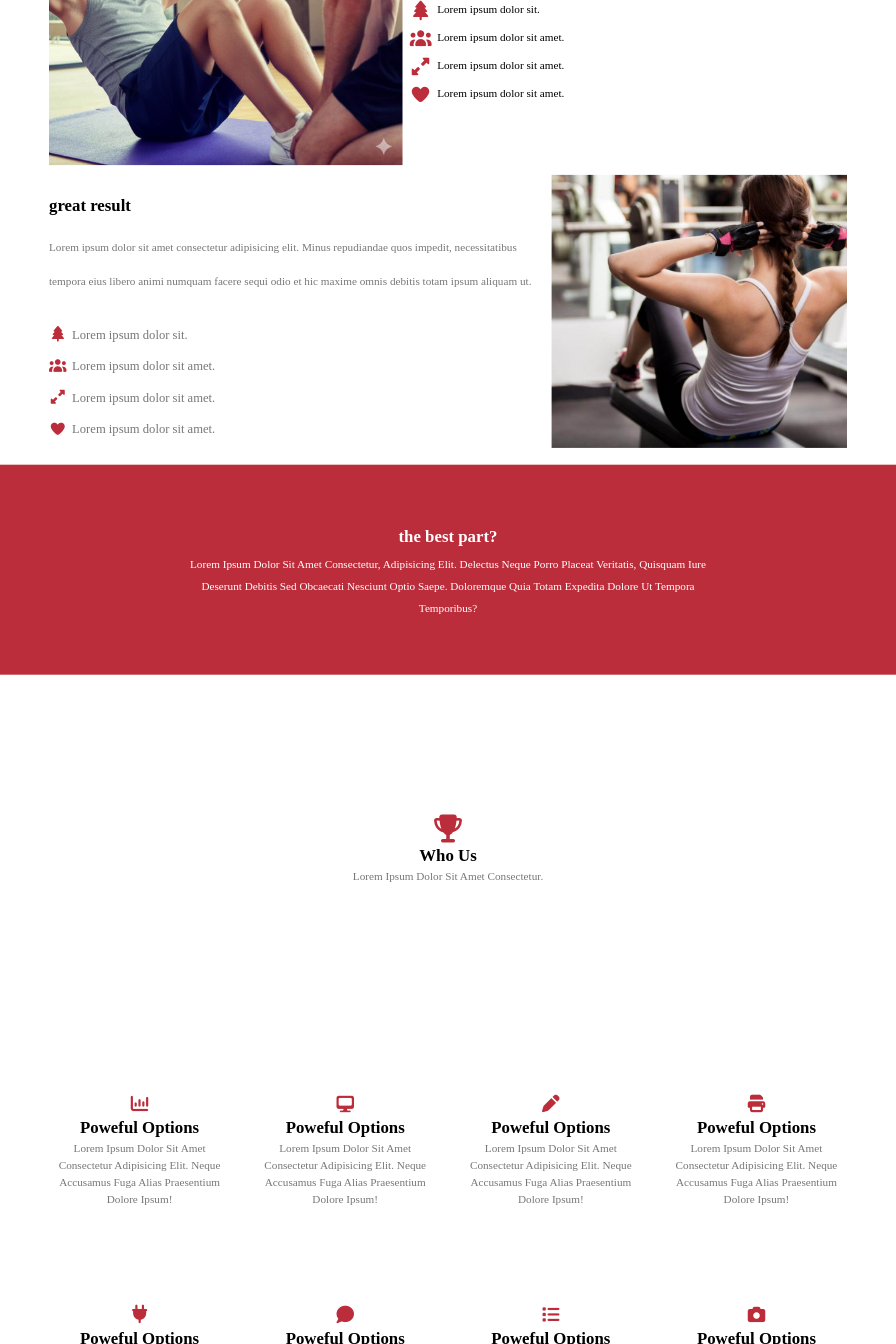
Repository: mohamedelbahrawy804-crypto/Nti-Task-fitness
Page: index.html
The author's editor kept a copy of each file at every save. The page is drawn from the files as they stood at one save, then again after a run of saves.
The browser window is 1280 px wide. The pictures show the part of the page from y = 1477 to 3397 px (the page is 5889 px tall before and 5966 px after), at 70% of full size.

Above is the page before, as saved 2025-12-01 19:20:46.

### index.html
<!DOCTYPE html>
<html lang="en">
  <head>
    <meta charset="UTF-8" />
    <meta name="viewport" content="width=device-width, initial-scale=1.0" />
    <!-- font awesome library -->
    <link rel="stylesheet" href="css/all.css" />
    <link rel="stylesheet" href="css/style.css" />
    <title>Nti-Task | fitness</title>
  </head>
  <body>
    <header id="home">
      <div class="content">
        <div class="logo">
          <a href="index.html"
            ><img src="images/fitness-light.png" alt="logo fitness"
          /></a>
        </div>
        <nav>
          <ul>
            <li>
              <a href="#home">home</a>
            </li>
            <li><a href="#">about</a></li>
            <li><a href="#">classes</a></li>
            <li><a href="#">membership</a></li>
            <li><a href="#">blog</a></li>
            <li><a href="#">contact</a></li>
          </ul>
          <button>join</button>
        </nav>
      </div>
      <div class="text">
        <h1>fitness studio</h1>
        <p>
          Lorem ipsum dolor sit amet consectetur adipisicing elit. Voluptas
          asperiores inventore repellat deleniti, reprehenderit molestias!
        </p>
        <div class="more-details">
          <span><a href="#">learn more</a></span>
          <span><a href="#">our trainer</a></span>
        </div>
      </div>
    </header>
    <!-- start main  -->
    <main>
      <!-- start our skills section -->
      <section class="our-skills container">
        <div>
          <i class="fa-solid fa-users"></i>
          <h2>professional staff</h2>
          <p>
            Lorem ipsum, dolor sit amet consectetur adipisicing elit. Beatae
            facere soluta, tenetur eveniet architecto nesciunt sunt ea excepturi
          </p>
        </div>
        <div>
          <i class="fa-solid fa-map"></i>
          <h2>professional staff</h2>
          <p>
            Lorem ipsum, dolor sit amet consectetur adipisicing elit. Beatae
            facere soluta, tenetur eveniet architecto nesciunt sunt ea excepturi
          </p>
        </div>
        <div>
          <i class="fa-solid fa-network-wired"></i>
          <h2>professional staff</h2>
          <p>
            Lorem ipsum, dolor sit amet consectetur adipisicing elit. Beatae
            facere soluta, tenetur eveniet architecto nesciunt sunt ea excepturi
          </p>
        </div>
        <div>
          <i class="fa-solid fa-thumbs-up"></i>
          <h2>professional staff</h2>
          <p>
            Lorem ipsum, dolor sit amet consectetur adipisicing elit. Beatae
            facere soluta, tenetur eveniet architecto nesciunt sunt ea excepturi
          </p>
        </div>
      </section>
      <!-- start who we are section -->
      <section class="about-ours container">
        <div class="image">
          <img
            src="images/square-1.png"
            alt="A woman is training with A man"
          />
        </div>
        <div class="text">
          <h2>who we are?</h2>
          <p>
            Lorem ipsum dolor sit amet consectetur adipisicing elit. Suscipit
            dicta ex iusto quasi corporis pariatur, nobis necessitatibus rerum
            laudantium a vel, veniam quaerat velit exercitationem, saepe
            aliquam! At, tenetur quos?
          </p>
          <ul>
            <li>
              <i class="fa-solid fa-tree"></i>
              <p>Lorem ipsum dolor sit.</p>
            </li>
            <li>
              <i class="fa-solid fa-users"></i>
              <p>Lorem ipsum dolor sit amet.</p>
            </li>
            <li>
              <i class="fa-solid fa-up-right-and-down-left-from-center"></i>
              <p>Lorem ipsum dolor sit amet.</p>
            </li>
            <li>
              <i class="fa-solid fa-heart"></i>
              <p>Lorem ipsum dolor sit amet.</p>
            </li>
          </ul>
        </div>
      </section>
      <!-- end who we are section  -->
      <!-- start great result section -->
      <section class="great-results container">
        <div class="text">
          <h2>great result</h2>
          <p>
            Lorem ipsum dolor sit amet consectetur adipisicing elit. Minus
            repudiandae quos impedit, necessitatibus tempora eius libero animi
            numquam facere sequi odio et hic maxime omnis debitis totam ipsum
            aliquam ut.
          </p>
          <ul>
            <li>
              <i class="fa-solid fa-tree"></i>
              <p>Lorem ipsum dolor sit.</p>
            </li>
            <li>
              <i class="fa-solid fa-users"></i>
              <p>Lorem ipsum dolor sit amet.</p>
            </li>
            <li>
              <i class="fa-solid fa-up-right-and-down-left-from-center"></i>
              <p>Lorem ipsum dolor sit amet.</p>
            </li>
            <li>
              <i class="fa-solid fa-heart"></i>
              <p>Lorem ipsum dolor sit amet.</p>
            </li>
          </ul>
        </div>
        <div class="image">
          <img
            src="images/square-11-800x740.jpg"
            alt="A woman is traning for her sixbax"
            aria-label="A photo for A woman is traning for her sixbax"
          />
        </div>
      </section>
      <!-- end great result section -->
      <!-- start the best part section -->
      <section class="best-part container">
        <h2>the best part?</h2>
        <p>
          Lorem ipsum dolor sit amet consectetur, adipisicing elit. Delectus
          neque porro placeat veritatis, quisquam iure deserunt debitis sed
          obcaecati nesciunt optio saepe. Doloremque quia totam expedita dolore
          ut tempora temporibus?
        </p>
      </section>
      <!-- end the best part section -->
      <!-- start who us section -->
      <section class="who-us container">
        <div class="main-div">
          <i class="fa-solid fa-trophy"></i>
          <h2>who us</h2>
          <p>Lorem ipsum dolor sit amet consectetur.</p>
        </div>
        <div class="content">
          <div>
            <i class="fa-solid fa-chart-column"></i>
            <h2>poweful options</h2>
            <p>
              Lorem ipsum dolor sit amet consectetur adipisicing elit. Neque
              accusamus fuga alias praesentium dolore ipsum!
            </p>
          </div>
          <div>
            <i class="fa-solid fa-desktop"></i>
            <h2>poweful options</h2>
            <p>
              Lorem ipsum dolor sit amet consectetur adipisicing elit. Neque
              accusamus fuga alias praesentium dolore ipsum!
            </p>
          </div>
          <div>
            <i class="fa-solid fa-pen"></i>
            <h2>poweful options</h2>
            <p>
              Lorem ipsum dolor sit amet consectetur adipisicing elit. Neque
              accusamus fuga alias praesentium dolore ipsum!
            </p>
          </div>
          <div>
            <i class="fa-solid fa-print"></i>
            <h2>poweful options</h2>
            <p>
              Lorem ipsum dolor sit amet consectetur adipisicing elit. Neque
              accusamus fuga alias praesentium dolore ipsum!
            </p>
          </div>
          <div>
            <i class="fa-solid fa-plug"></i>
            <h2>poweful options</h2>
            <p>
              Lorem ipsum dolor sit amet consectetur adipisicing elit. Neque
              accusamus fuga alias praesentium dolore ipsum!
            </p>
          </div>
          <div>
            <i class="fa-solid fa-comment"></i>
            <h2>poweful options</h2>
            <p>
              Lorem ipsum dolor sit amet consectetur adipisicing elit. Neque
              accusamus fuga alias praesentium dolore ipsum!
            </p>
          </div>
          <div>
            <i class="fa-solid fa-list"></i>
            <h2>poweful options</h2>
            <p>
              Lorem ipsum dolor sit amet consectetur adipisicing elit. Neque
              accusamus fuga alias praesentium dolore ipsum!
            </p>
          </div>
          <div>
            <i class="fa-solid fa-camera"></i>
            <h2>poweful options</h2>
            <p>
              Lorem ipsum dolor sit amet consectetur adipisicing elit. Neque
              accusamus fuga alias praesentium dolore ipsum!
            </p>
          </div>
        </div>
        <div class="message">
          <i class="fa-solid fa-message"></i>
          <h2>testimonials</h2>
          <p>Lorem ipsum dolor sit.</p>
        </div>
        <div class="for-more">
          <div>
            <p>
              Lorem ipsum dolor sit amet consectetur, adipisicing elit. Facilis
              eligendi totam fugiat dolor magni necessitatibus voluptatum,
              aspernatur odit rem, possimus suscipit pariatur. Aperiam
              consequuntur debitis, nisi illum corporis eius deleniti.
            </p>
            <span>michael moore</span>
            <span>google</span>
          </div>
          <div>
            <p>
              Lorem ipsum dolor sit amet consectetur, adipisicing elit. Facilis
              eligendi totam fugiat dolor magni necessitatibus voluptatum,
              aspernatur odit rem, possimus suscipit pariatur. Aperiam
              consequuntur debitis, nisi illum corporis eius deleniti.
            </p>
            <span>michael moore</span>
            <span>google</span>
          </div>
          <div>
            <p>
              Lorem ipsum dolor sit amet consectetur, adipisicing elit. Facilis
              eligendi totam fugiat dolor magni necessitatibus voluptatum,
              aspernatur odit rem, possimus suscipit pariatur. Aperiam
              consequuntur debitis, nisi illum corporis eius deleniti.
            </p>
            <span>michael moore</span>
            <span>google</span>
          </div>
        </div>
      </section>
      <!-- end who us section -->
      <!-- strat feeling convinced section -->
      <section class="felling container">
        <h2>felling convinced?</h2>
        <p>join our gym and save up to <span>30%</span></p>
        <a href="form.html">fill the form</a>
      </section>
      <!-- end feeling convinced section -->
      <!-- start about us section -->
      <section class="about-us container">
        <div>
          <h2>about us</h2>
          <p>
            I Am Text Block. Click Edit Button To Change This Text. Lorem Ipsum
            Dolor Sit Amet, Consectetur. I Am Text Block. Click Edit Button To
            Change This Text. Lorem Ipsum Dolor Sit Amet, Consectetur. We Are
            The Champions! We Are The Most Amazing Theme Of All Time, Yeah.
          </p>
        </div>
        <div>
          <h2>why we are special</h2>
          <ul>
            <li>
              <i class="fa-solid fa-star"></i>
              <p>We use high-quality ingredients</p>
            </li>
            <li>
              <i class="fa-solid fa-truck-fast"></i>
              <p>Fast and reliable delivery</p>
            </li>
            <li>
              <i class="fa-solid fa-user-tie"></i>
              <p>Professional and friendly staff</p>
            </li>
            <li>
              <i class="fa-solid fa-utensils"></i>
              <p>Delicious and fresh meals</p>
            </li>
            <li>
              <i class="fa-solid fa-thumbs-up"></i>
              <p>Customer satisfaction guaranteed</p>
            </li>
          </ul>
        </div>
        <div>
          <h2>Contact Us</h2>
          <ul>
            <li>
              <i class="fa-solid fa-location-dot"></i>
              <p>123 Main Street, City</p>
            </li>
            <li>
              <i class="fa-solid fa-phone"></i>
              <p>+1 234 567 890</p>
            </li>
            <li>
              <i class="fa-solid fa-envelope"></i>
              <p>info@example.com</p>
            </li>
            <li>
              <i class="fa-brands fa-facebook"></i>
              <p>Facebook</p>
            </li>
            <li>
              <i class="fa-brands fa-instagram"></i>
              <p>Instagram</p>
            </li>
          </ul>
        </div>
        <div>
          <h2>Opening Hours</h2>
          <ul>
            <li>
              <i class="fa-solid fa-clock"></i>
              <p>Mon - Fri: 9:00 AM - 10:00 PM</p>
            </li>
            <li>
              <i class="fa-solid fa-clock"></i>
              <p>Sat: 10:00 AM - 11:00 PM</p>
            </li>
            <li>
              <i class="fa-solid fa-clock"></i>
              <p>Sun: Closed</p>
            </li>
          </ul>
        </div>
      </section>
      <!-- end about us section -->
    </main>
    <!-- end main -->
    <!-- start footer -->
    <footer class="container">
      <div class="image">
        <a href="#home">
          <img src="images/logo-light.png" alt="company logo" />
        </a>
      </div>
      <p>&copy; copyright 2017.all rights reserved</p>
      <ul>
        <li>
          <a
            aria-label="Visit our Facebook page"
            rel="noopener"
            target="_blank"
            href="https://facebook.com"
          >
            ><i class="fa-brands fa-facebook-f"></i
          ></a>
        </li>
        <li>
          <a
            aria-label="Visit our x page"
            rel="noopener"
            target="_blank"
            href="https://www.x.com"
          >
            ><i class="fa-brands fa-twitter"></i
          ></a>
        </li>
        <li>
          <a
            aria-label="Visit our linkdin page"
            rel="noopener"
            href="httpl://www.linkdin.com"
          >
            <i class="fa-brands fa-linkedin-in"></i>
          </a>
        </li>
        <li>
          <a
            href="https://www.google.com"
            aria-label="Visit our x page"
            rel="noopener"
            ><i class="fa-brands fa-google"></i
          ></a>
        </li>
      </ul>
    </footer>
    <!-- end footer -->
  </body>
</html>

### css/style.css
* {
  padding: 0;
  margin: 0;
  list-style: none;
  text-decoration: none;
  box-sizing: border-box;
}
html {
  scroll-behavior: smooth;
}
a {
  color: #fff;
}

:root {
  --main-color: #bb2d3b;
  --main-margin-top: 100px;
}

.container {
  padding-left: 15px;
  padding-right: 15px;
  margin-left: auto;
  margin-right: auto;
}

@media (min-width: 1100px) {
  .container {
    width: 1100px;
  }
}

@media (min-width: 1200px) {
  .container {
    width: 1170px;
  }
}

@media (min-width: 1500px) {
  .container {
    width: 1500px;
  }
}

/* start header and landing page */
header {
  height: 100vh;
  background-image: linear-gradient(
      to left,
      rgba(255, 255, 255, 0),
      rgba(0, 0, 0, 0.753)
    ),
    url(../images/landingsection.png);
  background-size: cover;
}

header .content {
  display: flex;
  justify-content: space-between;
  align-items: center;
  padding: 0 10px;
}

header .content nav {
  display: flex;
  align-items: center;
}

header .content nav ul {
  display: flex;
}

header .content nav ul li {
  padding: 10px;
  margin-right: 10px;
  border-radius: 10px;
  transition: 0.5s;
}

header .content nav ul li a {
  color: #fff;
  text-transform: capitalize;
  font-size: 20px;
}

header .content nav ul li:hover {
  background-color: rgba(39, 39, 250, 0.748);
  cursor: pointer;
}

header .content nav button {
  margin-left: 100px;
  color: #000;
  padding: 10px;
  border: none;
  border-radius: 15px;
  outline: none;
  background-color: #ffffff39;
  font-size: 20px;
  font-weight: bold;
  text-transform: capitalize;
  transition: 0.5s;
}

header .content nav button:hover {
  cursor: pointer;
  background-color: #fff;
}

/* text in landing page */
header .text {
  height: calc(100% - 99px);
  display: flex;
  flex-direction: column;
  align-items: center;
  justify-content: center;
  line-height: 1.5;
  color: #fff;
}

header .text h1 {
  font-size: 80px;
}

header .text p {
  width: 700px;
  text-align: center;
  text-transform: capitalize;
  font-size: 20px;
}

header .more-details {
  margin-top: 20px;
}

header .more-details span {
  margin-left: 20px;
  padding: 10px 20px;
  border: 1px solid #fff;
  border-radius: 10px;
  transition: 0.5s;
  text-align: center;
}

header .more-details span a {
  color: #fff;
  font-size: 20px;
  font-weight: bold;
}

header .more-details span:hover {
  background-color: var(--main-color);
  border-color: transparent;
}
/* end header and landing page */
/* start our skills section */
.our-skills {
  margin-top: var(--main-margin-top);
  display: flex;
  justify-content: space-around;
  text-align: center;
  flex-wrap: wrap;
  line-height: 1.5;
}

.our-skills div {
  width: 350px;
}

.our-skills div i {
  font-size: 50px;
  color: var(--main-color);
}

.our-skills div h4 {
  font-size: 20px;
  letter-spacing: 1px;
}

.our-skills div p {
  color: #777;
  transition: 0.5s;
}

.our-skills div:hover p {
  color: black;
}

/* end our skills section */
/* start who we are section */
.about-ours {
  margin-top: var(--main-margin-top);
  display: flex;

  align-items: center;
}

.about-ours .image img {
  width: 100%;
}

.about-ours .text {
  margin-left: 10px;
  line-height: 2;
}

.about-ours .text h5 {
  font-size: 30px;
}

.about-ours .text > p {
  color: #777;
  font-size: 15px;
}

.about-ours .text ul {
  line-height: 2.5;
  margin-top: 10px;
}

.about-ours .text ul li {
  display: flex;
  align-items: center;
}

.about-ours .text ul li i {
  margin-right: 8px;
  color: var(--main-color);
  font-size: 25px;
}

/* end who we are section */
.great-results {
  margin-top: 10px;
  display: flex;
  justify-content: space-between;
  align-items: center;
}
.great-results .image img {
  max-width: 100%;
}

.great-results .text {
  line-height: 3;
}

.great-results .text h5 {
  font-size: 30px;
}

.great-results .text p {
  color: #777;
}

.great-results .text ul {
  margin-top: 30px;
  line-height: 2.5;
}

.great-results .text ul li {
  display: flex;
  align-items: center;
}

.great-results .text ul li i {
  color: var(--main-color);
  font-size: 20px;
  margin-right: 8px;
}

.great-results .text ul li p {
  font-size: 18px;
}

/* end great result section */
/* start the best part section */
.best-part {
  background-color: var(--main-color);
  margin-top: 20px;
  padding: 20px 0;
  width: 100%;
  min-height: 300px;
  display: flex;
  flex-direction: column;
  justify-content: center;
  align-items: center;
  line-height: 2;
  color: #fff;
}

.best-part h4 {
  font-size: 30px;
  text-transform: capitalize;
}

.best-part p {
  width: 60%;
  text-align: center;
  text-transform: capitalize;
}

/* end the best part section */
/* start who us section */
.who-us {
  margin-top: 200px;
  margin-bottom: 300px;
  text-transform: capitalize;
}

.who-us .main-div {
  display: flex;
  flex-direction: column;
  align-items: center;
  line-height: 1.5;
}

.who-us .main-div i {
  font-size: 40px;
  color: var(--main-color);
}

.who-us .main-div h5 {
  font-size: 20px;
}

.who-us .main-div p {
  color: #777;
}

.who-us .content {
  display: grid;
  grid-template-columns: repeat(auto-fit, minmax(250px, 1fr));
  gap: 140px 35px;
  margin: 300px 0;
}

.who-us .content div {
  text-align: center;
  line-height: 1.5;
}

.who-us .content div i {
  font-size: 25px;
  color: var(--main-color);
}

.who-us .content div h5 {
  font-size: 20px;
}

.who-us .content div p {
  color: #777;
}

.message {
  text-align: center;
  line-height: 1.5;
  text-transform: capitalize;
}

.message i {
  font-size: 40px;
  color: var(--main-color);
}

.message h5 {
  font-size: 20px;
}

.message p {
  color: #777;
}

.who-us .for-more {
  display: flex;
  justify-content: space-around;
  flex-wrap: wrap;
}

.who-us .for-more div {
  display: flex;
  flex-direction: column;
  text-align: center;
  align-items: center;
  margin: 20px;
}
.who-us .for-more div p {
  font-weight: bold;
}
.who-us .for-more div span {
  margin-top: 20px;
  padding: 5px 10px;
  border: 1px solid var(--main-color);
  border-radius: 10px;
  transition: 0.5s;
  text-align: center;
  color: var(--main-color);
  font-size: 20px;
  font-weight: bold;
}
.who-us .for-more div span:hover {
  border-color: transparent;
  background-color: var(--main-color);
  color: #fff;
  cursor: pointer;
}

/* end who us section  */
/* start feeling convinced section */
.felling {
  background-image: linear-gradient(to left, black, transparent),
    url(../images/shutterstock_166601417.jpg);
  background-size: cover;
  height: 550px;
  display: flex;
  flex-direction: column;
  align-items: center;
  justify-content: center;
  text-transform: capitalize;
  color: #fff;
  line-height: 2.5;
}
.felling h4 {
  font-size: 40px;
}
.felling p {
  color: #f5f5f5;
  font-size: 20px;
}
.felling p span {
  font-size: 30px;
  font-weight: bold;
  color: var(--main-color);
}
.felling a {
  padding: 0px 15px;
  border-radius: 6px;
  background-color: #bb2d3b5d;
  border: none;
  border: 1px solid;
  border-color: #4444445d;
  color: #fff;
  font-size: 20px;
  transition: 0.5s;
}
.felling a:hover {
  background-color: var(--main-color);
  cursor: pointer;
  transform: translateY(-1px);
  box-shadow: 0px 4px 10px rgba(0, 0, 0, 0.329);
}

/* end feeling convinced section */
/* start about us section  */
.about-us {
  display: grid;
  grid-template-columns: repeat(auto-fit, minmax(250px, 1fr));
  gap: 20px;
  padding: 20px;
  background-color: #05032e;
  color: #a9b3d0;
}
.about-us div h2 {
  margin-bottom: 25px;
  text-transform: capitalize;
  font-size: 30px;
  letter-spacing: 1.1x;
}

.about-us div ul li {
  display: flex;
  align-items: center;
  gap: 10px;
  margin-bottom: 20px;
  padding-bottom: 10px;
  border-bottom: 2px solid;
}
/*first column*/
.about-us div:first-child p {
  line-height: 1.5;
  letter-spacing: 1.5px;
}
/* end about us section  */
/* start footer */
footer {
  /* start footer */
  display: flex;
  flex-direction: column;
  align-items: center;
  background-color: black;
  padding: 40px 10px;
  color: #fff;
  line-height: 2;
}
footer ul {
  display: flex;
}
footer ul li {
  padding-left: 10px;
}
/* end footer */
/* start media  */
/* start media q for header and landing page */
@media (max-width: 992px) {
  header .content {
    flex-direction: column;
  }

  header .content nav ul li {
    margin-right: 0;
  }

  header .content nav button {
    margin-left: 0;
  }

  header .text p {
    width: 85%;
  }
  .about-ours .image img,
  .great-results .image img {
    display: none;
  }
  .about-ours .text,
  .great-results .text {
    text-align: center;
  }
  .about-ours .text ul li,
  .great-results .text ul li {
    justify-content: center;
  }
}

@media (max-width: 545px) {
  header .content nav {
    flex-direction: column;
  }

  header .text h1 {
    font-size: 45px;
  }

  header .text p {
    font-size: 20px;
  }

  header .content nav ul li a {
    font-size: 10px;
  }
}
@media (max-width: 320px) {
  header .logo img {
    width: 155px;
  }
  header .content nav ul li {
    padding: 5px;
  }
  header .text h1 {
    font-size: 35px;
  }
  header .text p {
    font-size: 10px;
  }
  header .more-details {
    display: flex;
    justify-content: center;
    flex-wrap: wrap;
    gap: 20px;
  }
}

/* end media for header and landing page */
/* end media  */
/* end style css */
/* start from css */

/* end from css */

Loaded but not shown: css/all.css (library)

After the next 2 saves:
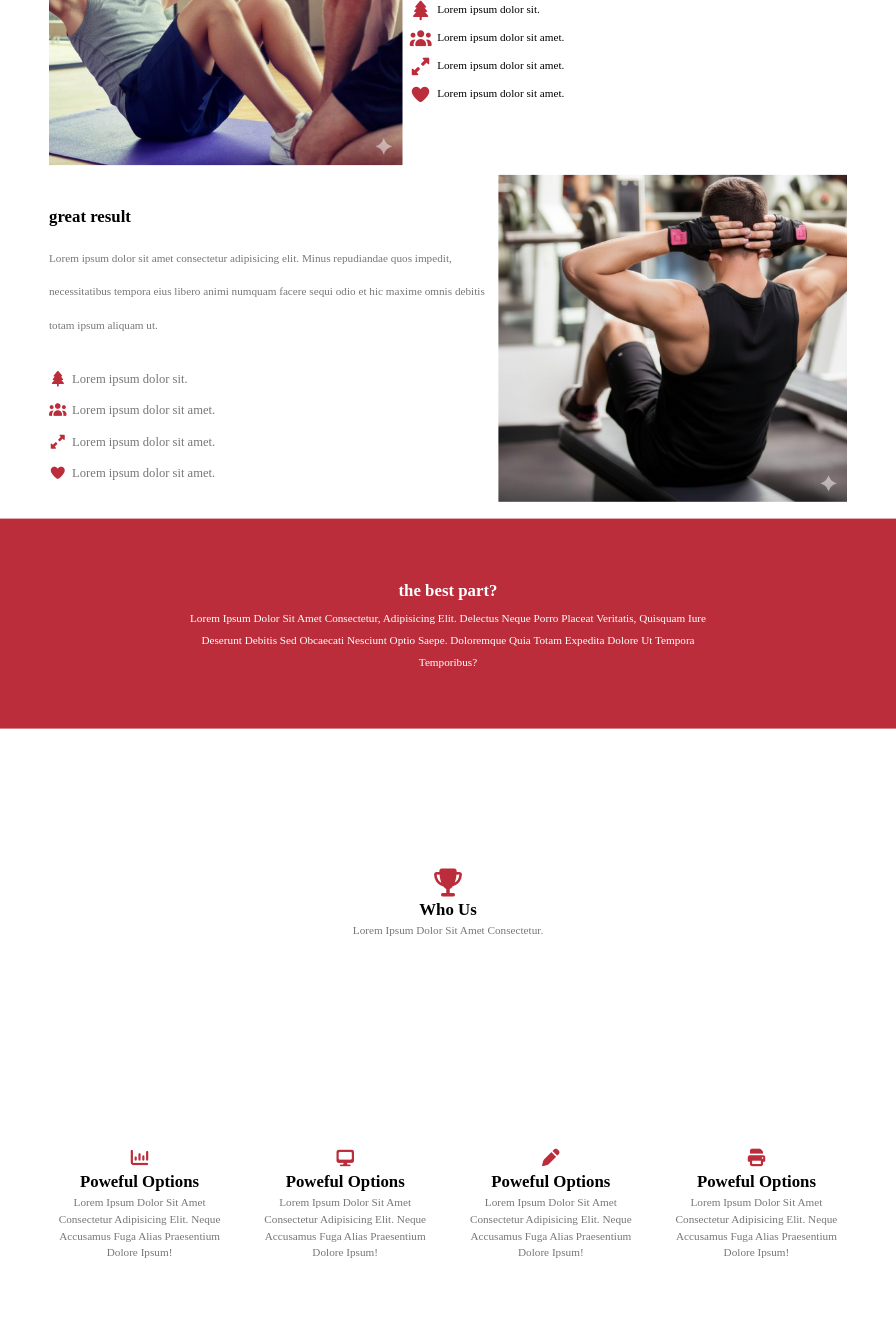
The 2 saves are shown as one change because they came seconds apart.
The last was saved 86 s later.
--- a/index.html
+++ b/index.html
@@ -147,7 +147,7 @@
         </div>
         <div class="image">
           <img
-            src="images/square-11-800x740.jpg"
+            src="images/square-2.png"
             alt="A woman is traning for her sixbax"
             aria-label="A photo for A woman is traning for her sixbax"
           />
